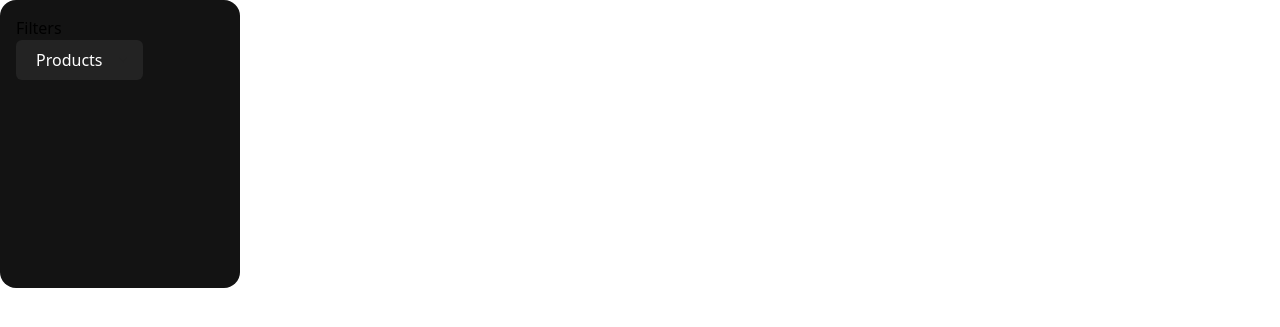
Repository: SayedJamil/Edvora-app
Page: /leftcard
These files come from the project's save history. The page is drawn as it stood at one moment and after a run of saves; the edit follows.
The browser window is 1280 px wide. The pictures show the whole page.
The project was rebuilt for these pictures with package versions that can differ from the ones it lists, and the page was loaded fresh each time. The framework's server and built-in components were replaced by stand-ins that run in the browser. Also part of the build but not shown: next.config.js.

Above is the page before, as saved 2021-12-19 16:05:39.

After the next 4 saves:
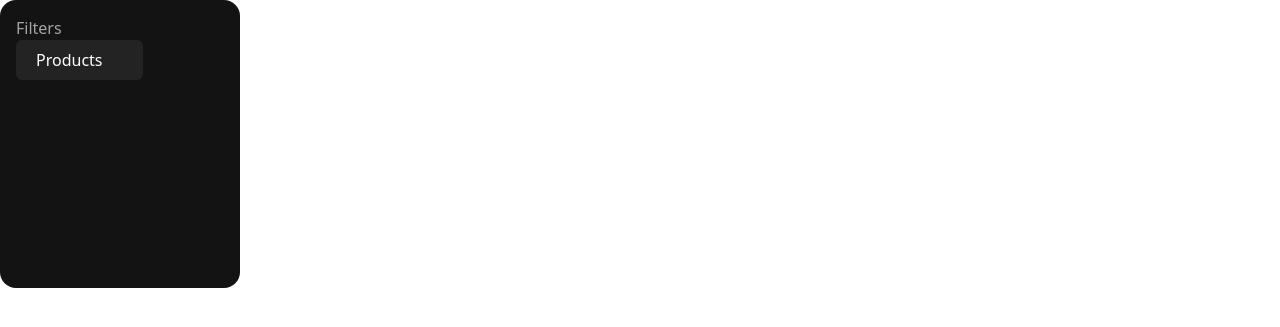
The 4 saves are shown as one change because they came seconds apart.
The last was saved 13 s later.
--- a/pages/leftcard.js
+++ b/pages/leftcard.js
@@ -1,7 +1,7 @@
 function leftcard() {
     return (
         <div className="h-72 w-60 bg-[#131313] rounded-2xl p-4">
-            <h3 className="text-[#">Filters</h3>
+            <h3 className="text-[#A5A5A5] font-light">Filters</h3>
             <div class="relative inline-flex">
                 <svg class="w-2 h-2 absolute top-0 right-0 m-4 pointer-events-none" xmlns="http://www.w3.org/2000/svg" viewBox="0 0 412 232"><path d="M206 171.144L42.678 7.822c-9.763-9.763-25.592-9.763-35.355 0-9.763 9.764-9.763 25.592 0 35.355l181 181c4.88 4.882 11.279 7.323 17.677 7.323s12.796-2.441 17.678-7.322l181-181c9.763-9.764 9.763-25.592 0-35.355-9.763-9.763-25.592-9.763-35.355 0L206 171.144z" fill="#232323" fill-rule="nonzero" /></svg>
                 <select class="rounded-md h-10 pl-5 pr-10 bg-[#232323] hover:border-[#232323] focus:outline-none appearance-none outline-none text-white">
